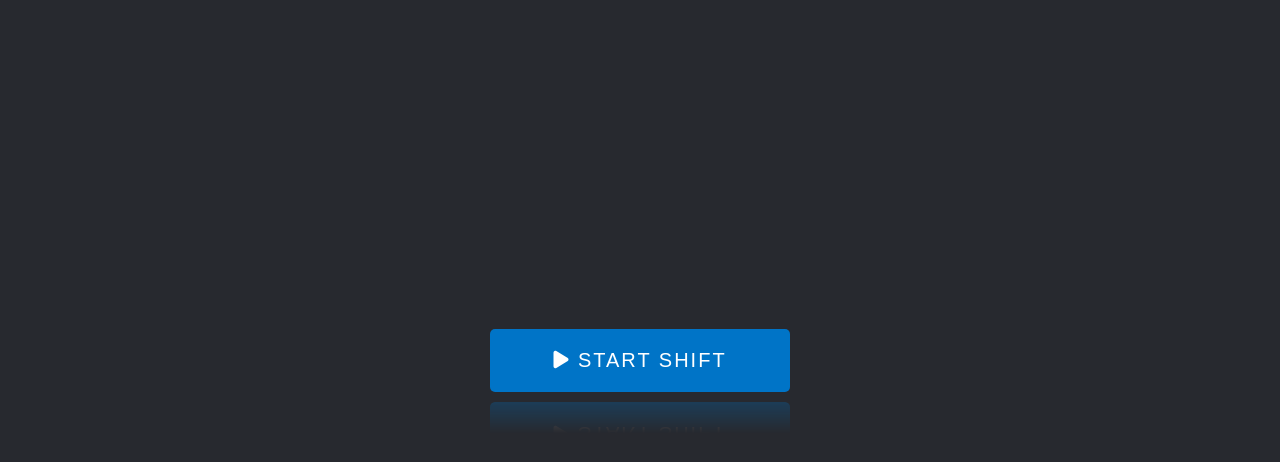
Repository: Philip-Rogers/button-state
Page: index.html
These files come from the project's save history. The page is drawn as it stood at one moment and after a run of saves; the edit follows.
The browser window is 1280 px wide. The pictures show the whole page.

Above is the page before, as saved 2024-08-14 14:08:41.

After the next 2 saves:
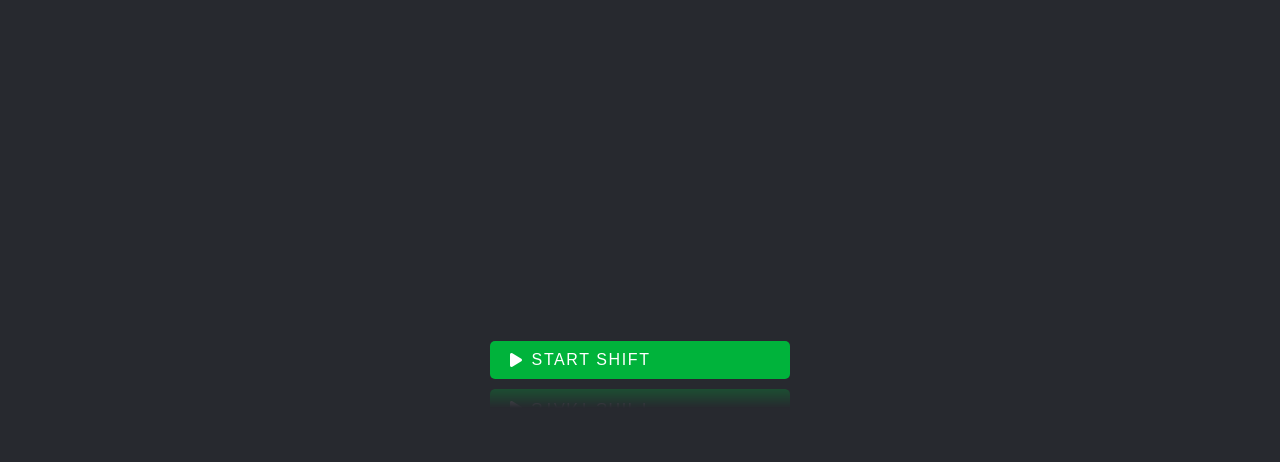
The 2 saves are shown as one change because they came seconds apart.
The last was saved 28 s later.
--- a/index.css
+++ b/index.css
@@ -23,3 +23,22 @@ button {
     transition: all .2s ease-in-out;
     -webkit-box-reflect: below 10px linear-gradient(transparent, transparent, #0004);
 }
+
+#shiftButton {
+    color: white;
+    background-color: hsl(140, 100%, 35%); /* Green for Start Shift */
+    border: none;
+    padding: 10px 20px;
+    font-size: 16px;
+    cursor: pointer;
+    display: flex;
+    align-items: center;
+}
+
+#shiftButton i {
+    margin-right: 8px;
+}
+
+#shiftButton.stopShift {
+    background-color: hsl(354, 70%, 54%); /* Red for Stop Shift */
+}
